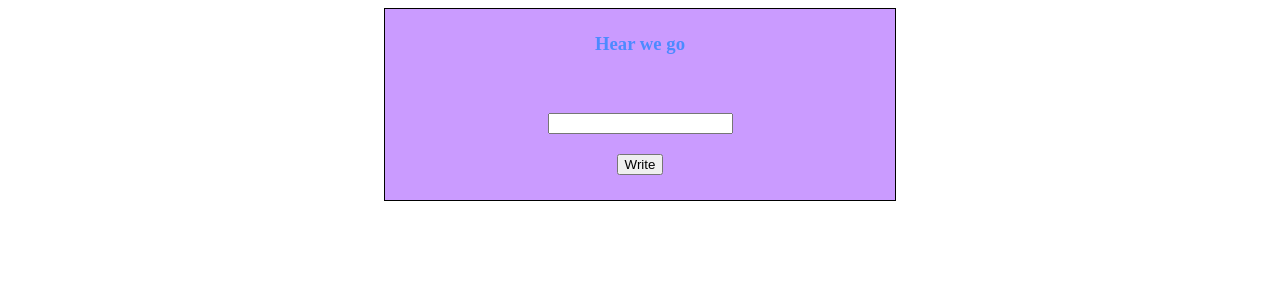
Repository: jn222rv/1dv403-laborationer
Page: 2-labbymezzage/index.html
The author's editor kept a record of every edit. The page is drawn from the files as they stood at one moment, then again after the next edit.
The browser window is 1280 px wide. The pictures show the whole page.

Above is the page before.
Console error: TypeError: MessageBoard.increment is not a function

### 2-labbymezzage/index.html
<!DOCTYPE html>
<html>
    <head>
        <meta charset="UTF-8"/>
        <link rel="stylesheet" href="css/basic.css" type="text/css" />
        <title>Labby Message</title>
        <script src="js/Message.js"></script>
        <script src="js/MessageBoard.js"></script>
    </head>
    <body>
        <div id="main">
            <h3>Hear we go</h3>
            <div id="messageArea">

            </div>
            <div id="numberOfMessages">
                <p></p>
            </div>
            <input type="textarea" ID="textarea" name="messageArea"/>
            <input type="button" ID="button" name="button" value="Write"/>
        </div>
    </body>
</html>

### 2-labbymezzage/css/basic.css
div {
    width:500px;
    margin:0px auto;
    text-align:center;
}

#main {
    border:1px solid black;
    background-color:#CA9BFF;
    padding:5px;
}

h3 {
    color:#4C8AFF;
}

input {
    display:block;
    margin:20px auto;
}

#messageArea {
    width:70%;
}

p {
    margin:0px;
}

#numberOfMessages p {
    padding:10px;
    text-align:right;
}

#messageArea .message {
    background-color:#FFFF00;
    margin-top:5px;
    width:100%;
    padding:5px;
    padding-top:20px;
}

p.date {
    padding:0px;
    text-align:right;
    font-size:12px;
}

img {
    width:10px;
    height:10px;
    float:right;
}

### 2-labbymezzage/js/MessageBoard.js
"use strict"


var MessageBoard = {

    messages: [],
    numberOfMessages: 0,

    init:function(e){

        var node = document.querySelector("#button");

        var textField = node.parentNode.querySelector("input");

        textField.addEventListener("keypress",function(e){
             if(!e) e = window.event;

             if(e.keyCode===13)
             {
                 addMessage;
                 alert("it was i fact pressed");
             }
        });

        node.addEventListener("click", addMessage);

        var addMessage = function(){

            if(/\S/.test(textField.value))
            {
                var newMessage = new Message(textField.value,new Date());
                MessageBoard.messages.push(newMessage);

                MessageBoard.renderMessages();
            }

        };

        MessageBoard.increment();

        console.log("init() is done");
    },

    renderNumberOfMessages:function(){
        var numberDiv = document.querySelector("#numberOfMessages p");
        numberDiv.innerHTML = "Antal meddelanden: "+MessageBoard.numberOfMessages;
    },

    renderMessages: function(){
        document.getElementById("messageArea").innerHTML = "";

        for(var i = 0; i < MessageBoard.messages.length; i++)
        {
            MessageBoard.renderMessage(i);
        }

        MessageBoard.numberOfMessages = MessageBoard.messages.length;
        MessageBoard.renderNumberOfMessages();
    },

    renderMessage: function(messageID){

        var div = document.getElementById("messageArea");
        var p = document.createElement("p");
        var date = document.createElement("p");
        var newDiv = document.createElement("div");
        var closeImg = document.createElement("img");
        var timeImg = document.createElement("img");

        closeImg.alt="Close";
        closeImg.setAttribute("src","img/close.jpg");
        closeImg.addEventListener("click",function(){
            MessageBoard.removeMessages(messageID);
        });

        timeImg.alt="Time";
        timeImg.setAttribute("src","img/time.jpg");
        timeImg.addEventListener("click",function(){
            alert("Inlägget skapades "+MessageBoard.messages[messageID].getDateText()+" klockan "+MessageBoard.messages[messageID].getTimeText());
        });


        newDiv.appendChild(closeImg);
        newDiv.appendChild(timeImg);


        newDiv.className = "message";

        p.appendChild(document.createTextNode(MessageBoard.messages[messageID].getText()));
        newDiv.appendChild(p);


        date.appendChild(document.createTextNode(MessageBoard.messages[messageID].getTimeText()));
        newDiv.appendChild(date);

        date.className = "date";

        div.appendChild(newDiv);
    },

    removeMessages: function(messageID){
        MessageBoard.messages.splice(messageID,1);
        MessageBoard.renderMessages();
    }
}


window.onload = MessageBoard.init;

Loaded but not shown: 2-labbymezzage/js/Message.js (no copy from this time; the picture is the same without it)

After the next edit:
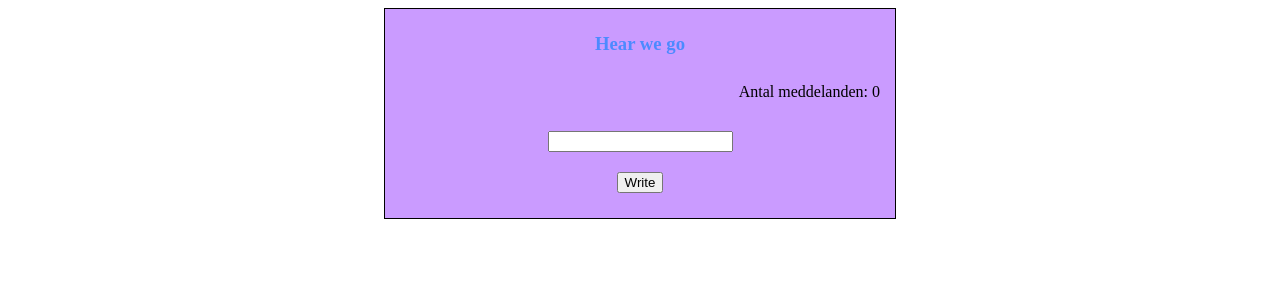
The error is gone.
The edit:
--- a/2-labbymezzage/js/MessageBoard.js
+++ b/2-labbymezzage/js/MessageBoard.js
@@ -36,7 +36,7 @@
 
         };
 
-        MessageBoard.increment();
+        MessageBoard.renderNumberOfMessages();
 
         console.log("init() is done");
     },
